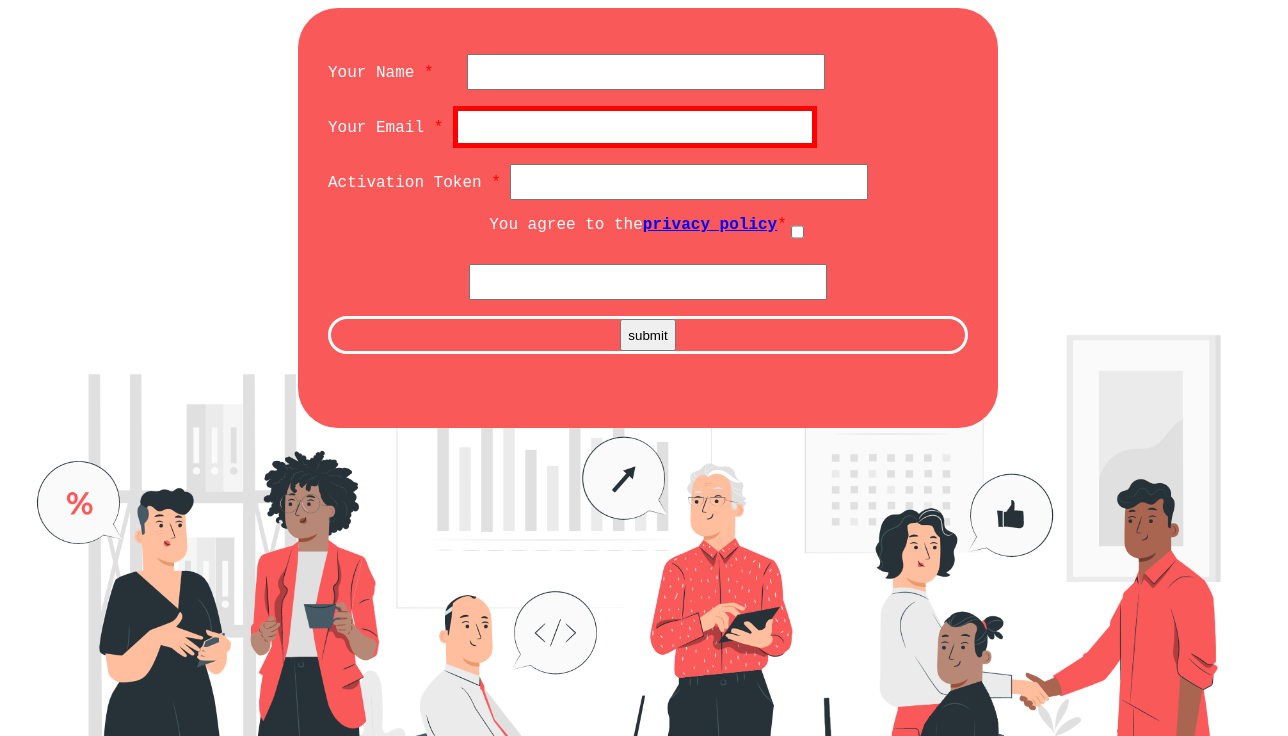
Repository: Rachael4life/Assignment-1
Page: starter-code/src/index.html
An editor plug-in stored every save of this project. The page is shown before and after a run of saves, followed by the edit.
The browser window is 1280 px wide. The page is 1288 px wide, so the pictures cover 1288 px, including what lies to the right of the window. The pictures show the whole page.

Above is the page before, as saved 2022-02-28 06:16:37.

### starter-code/src/index.html
<!DOCTYPE html>
<html lang="en">
<head>
    <meta charset="UTF-8">
    <meta http-equiv="X-UA-Compatible" content="IE=edge">
    <meta name="viewport" content="width=device-width, initial-scale=1.0">
    <link rel="stylesheet" href="style.css">
    <link rel="preconnect" href="https://fonts.googleapis.com">
<link rel="preconnect" href="https://fonts.gstatic.com" crossorigin>
    <link href="https://fonts.googleapis.com/css2?family=Courier+Prime&display=swap" rel="stylesheet">
    <title>Assignment 1</title>
</head>
<body>
    <div id="ramyeon">
        <form class="kimchi">
            <div> <p></p>
                <label for="name">Your Name <span class="asteric">*</span></label>
                <input class="formgroup" type="text" name="name" id="name" placeholder="">
            </div>
            <div> <p></p>
                <label for="email">Your Email <span class="asteric">*</span> </label>
                <input class="formgroup" type="text" name="email" id="email" placeholder="">
            </div>
            <div> <p></p>
                <label for="password">Activation Token <span class="asteric">*</span> </label>
                <input class="formgroup" type="password" name="activation token" id="password" placeholder="">
            </div>
           <p></p>
            <div class="water"><p></p>
                You agree to the <a href="privacy policy" id="privacy"><b> privacy policy</a></b><span class="asteric">*</span> <input type="checkbox">
            </div>
            <p></p>
            <div id="validation"><p></p>
                <label for="validation"></label>
                <input type="text" class="formgroup">
            </div>
            <p></p>
            <div class="gogi"><p></p>
                <button type="button">submit</button>
            </div>
        </form>
    </div>
</body>
</html>

### starter-code/src/style.css
body {
    color: white;
    font-family: 'Courier Prime', monospace;
    width: 100vw;
    height: 100vh;
    background-image: url("img.png");
    background-size: cover;
    background-repeat: no-repeat;
    font-size: 16px;
}
form {
    background-color: #fa5959;
    font-size: 16px;
    width: 50%;
    height: 50%;
    padding: 30px;
    border-radius: 40px;
}
#name {
    margin-left: 24px;
    height: 30px;
    width: 350px;
}
#email {
    margin-left: 150;
}
#ramyeon {
    display: flex;
    justify-content: center;
    align-content: space-between;
    width: 100%;
    height: 100%;
    font-family: 'Courier New', Courier, monospace;
}
#validation {
    align-content: center;
    justify-content: center;
    display: flex;
}
.gogi {
    display: flex;
    justify-content: center;
    align-content:center;
    border-style: solid;
    border-radius: 30px;
    border-color: white;
    background: #fa5959;
    margin: auto;
    font-size: 16px;
    font-family: 'Courier Prime', Courier, monospace;
    font-weight: 500, 700;
    font: bolder;


}
.water {
    align-content: center;
    justify-content: center;
    display:flex;
}
.formgroup {
    width: 350px;
    height: 30px;
}
#email {
    border: 5px solid red;
}
.asteric {
    color: red;
}
#privacy {
    color: blue;
}

After the next 2 saves:
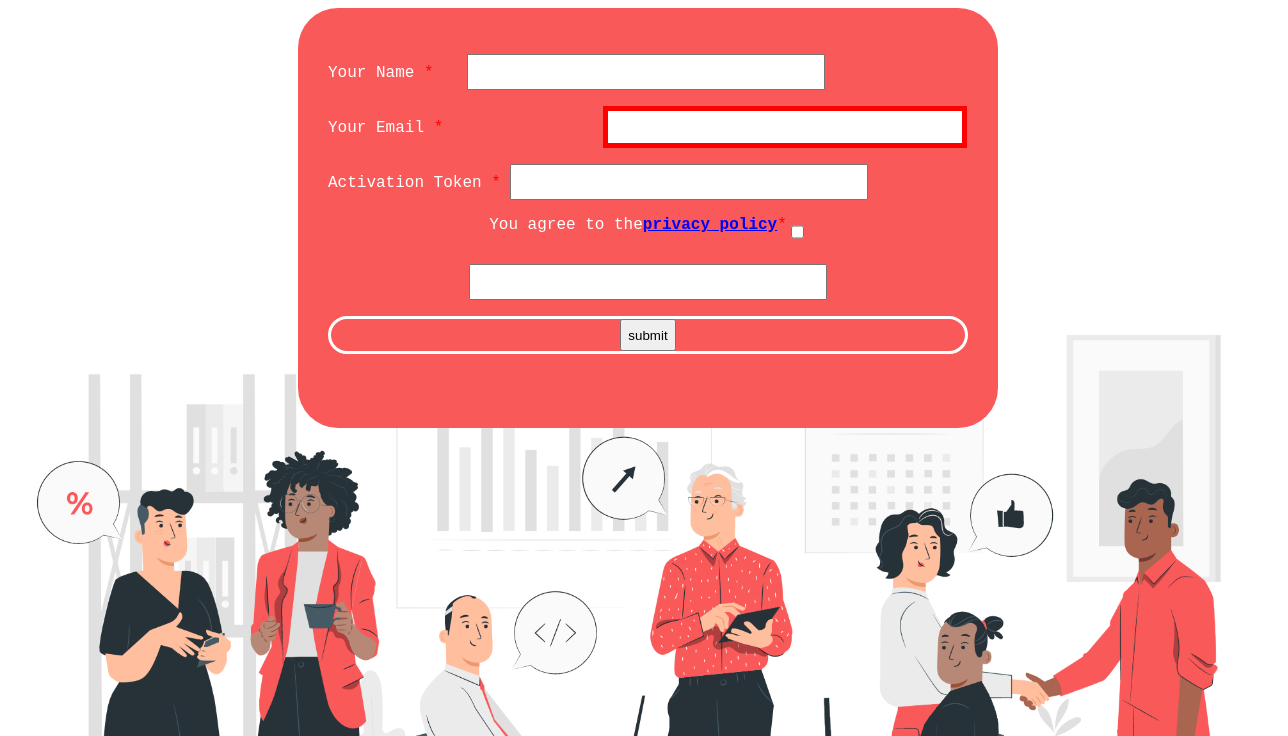
The 2 saves are shown as one change because they came seconds apart.
The last was saved 7 s later.
--- a/starter-code/src/style.css
+++ b/starter-code/src/style.css
@@ -22,7 +22,8 @@ form {
     width: 350px;
 }
 #email {
-    margin-left: 150;
+    margin-left: 150px;
+
 }
 #ramyeon {
     display: flex;
